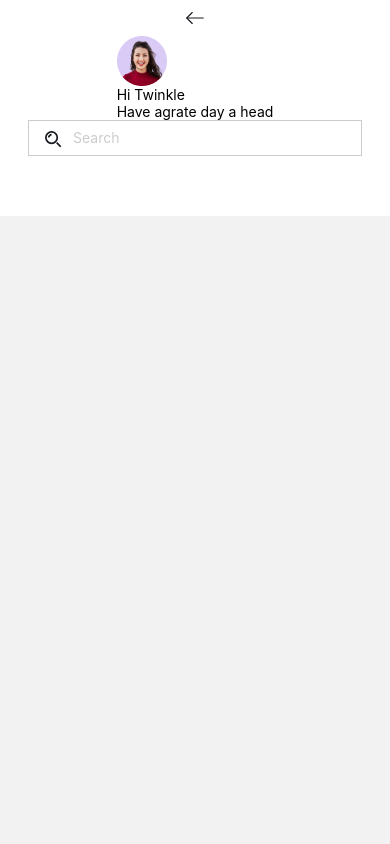
Repository: tungcutte35/TH_ReactNative_Tuan7
Screen: /Todos
These files come from the project's save history. The screen is drawn as it stood at one moment and after the next save; the edit follows.
The app was drawn by React Native's web renderer in a window 390 px wide. The project was rebuilt for these pictures with package versions that can differ from the ones it lists, and the page was loaded fresh each time.

Above is the screen before, as saved 2023-10-30 16:53:43.

### App.js
import { NavigationContainer } from "@react-navigation/native";
import { createNativeStackNavigator } from "@react-navigation/native-stack";

import { StatusBar } from "expo-status-bar";
import { StyleSheet, Text, View } from "react-native";
import Home from "./components/Home";
import Todos from "./components/Todos";

export default function App() {
  const Stack = createNativeStackNavigator();
  return (
    <NavigationContainer>
      <Stack.Navigator>
        <Stack.Screen
          name="Home"
          component={Home}
          options={{
            headerShown: false,
          }}
        />
        <Stack.Screen
          name="Todos"
          component={Todos}
          options={{
            headerShown: false,
          }}
        />
      </Stack.Navigator>
    </NavigationContainer>
  );
}

const styles = StyleSheet.create({
  container: {
    flex: 1,
    backgroundColor: "#fff",
    alignItems: "center",
    justifyContent: "center",
  },
});

### components/Home.js
import React from "react";
import {
  Image,
  Pressable,
  StyleSheet,
  Text,
  TextInput,
  View,
} from "react-native";
import { Img } from "../assets/img.png";
const Home = ({ navigation }) => {
  return (
    <View style={styles.container}>
      <View style={styles.img}>
        <Image style={styles.img} source={require("../assets/img.png")} />
      </View>
      <Text style={styles.text}> MANAGE YOUR TASK</Text>
      <View style={styles.viewInput}>
        <TextInput placeholder="Enter your name" style={styles.input} />
        <Image style={styles.img1} source={require("../assets/Frame.svg")} />
      </View>
      <Pressable
        style={styles.btn}
        onPress={() => navigation.navigate("Todos")}
      >
        <Text style={styles.text1}>GET STARTED</Text>
      </Pressable>
    </View>
  );
};

const styles = StyleSheet.create({
  container: {
    flex: 1,
    justifyContent: "center",
    alignItems: "center",
    backgroundColor: "#fff",
  },
  img: {
    marginBottom: 42,
    width: 271,
    height: 271,
  },
  img1: {
    width: 20,
    height: 20,
    position: "absolute",
    top: 9,
    left: 15,
  },
  text: {
    fontSize: 24,
    color: "rgba(131, 83, 226, 1)",
    fontWeight: 700,
    maxWidth: 200,
    textAlign: "center",
    marginBottom: 60,
  },
  viewInput: {
    marginHorizontal: 27,
    marginBottom: 60,
  },
  input: {
    paddingLeft: 44,
    paddingRight: 166,
    paddingTop: 8,
    paddingBottom: 9,
    border: "1px solid #ccc",
    color: "#ccc",
    width: 334,
  },
  btn: {
    backgroundColor: "rgba(0, 189, 214, 1)",
    paddingHorizontal: 30,
    paddingVertical: 9,
    borderRadius: 10,
  },
  text1: {
    color: "#fff",
    fontSize: 18,
  },
});
export default Home;

### components/Todos.js
import React from "react";
import { TextInput } from "react-native";
import { Image, StyleSheet, Text, View } from "react-native";

const Todos = () => {
  return (
    <View style={styles.container}>
      <Image style={styles.img1} source={require("../assets/btnBack.svg")} />
      <View style={styles.view1}>
        <Image style={styles.img2} source={require("../assets/avt.png")} />
        <View style={styles.vText}>
          <Text style={styles.text1}>Hi Twinkle</Text>
          <Text style={styles.text2}>Have agrate day a head</Text>
        </View>
      </View>
      <View style={styles.viewInput}>
        <TextInput placeholder="Search" style={styles.input} />
        <Image style={styles.img3} source={require("../assets/search.svg")} />
      </View>
    </View>
  );
};
const styles = StyleSheet.create({
  container: {
    // flex: 1,
    backgroundColor: "#fff",
    alignItems: "center",
    justifyContent: "center",
  },
  img1: {
    width: 36,
    height: 36,
  },
  img3: {
    width: 20,
    height: 20,
    position: "absolute",
    top: 9,
    left: 15,
  },

  viewInput: {
    marginHorizontal: 27,
    marginBottom: 60,
  },
  input: {
    paddingLeft: 44,
    paddingRight: 166,
    paddingTop: 8,
    paddingBottom: 9,
    border: "1px solid #ccc",
    color: "#ccc",
    width: 334,
  },
});
export default Todos;

After the next save:
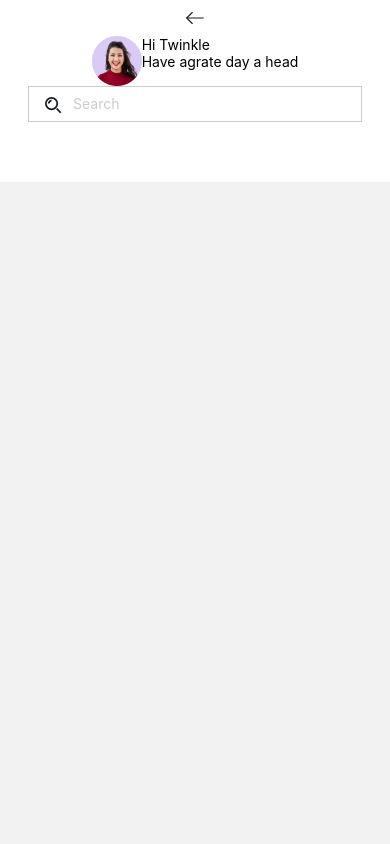
Saved 19 s later.
--- a/components/Todos.js
+++ b/components/Todos.js
@@ -27,6 +27,9 @@ const styles = StyleSheet.create({
     alignItems: "center",
     justifyContent: "center",
   },
+  view1: {
+    flexDirection: "row",
+  },
   img1: {
     width: 36,
     height: 36,
